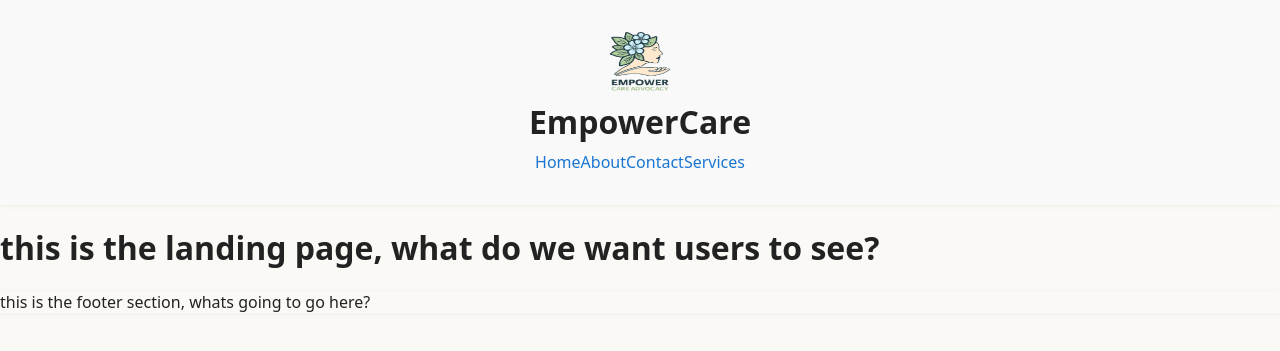
Repository: mcamarco/empowercare
Page: /
The author's editor kept a copy of each file at every save. The page is drawn from the files as they stood at one save, then again after a run of saves.
The browser window is 1280 px wide. The pictures show the whole page.
The project was rebuilt for these pictures with package versions that can differ from the ones it lists, and the page was loaded fresh each time. The framework's server and built-in components were replaced by stand-ins that run in the browser. Also part of the build but not shown: next.config.ts.

Above is the page before, as saved 2025-05-29 12:33:34.

After the next 4 saves:
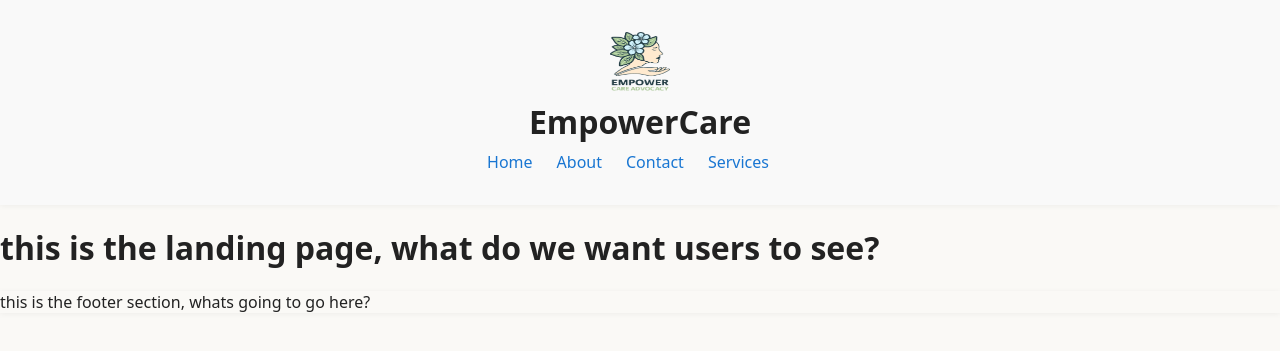
The 4 saves are shown as one change because they came seconds apart.
The last was saved 14 s later.
--- a/src/components/Navigation.tsx
+++ b/src/components/Navigation.tsx
@@ -3,10 +3,10 @@ import Link from "next/link";
 export default function Navigation() {
   return (
     <nav>
-      <Link href="/">Home</Link>
-      <Link href="/about">About</Link>
-      <Link href="/contact">Contact</Link>
-      <Link href="/services">Services</Link>
+      <Link href="/" style={{ marginRight: "1.5rem" }} >Home</Link>
+      <Link href="/about"style={{ marginRight: "1.5rem" }} >About</Link>
+      <Link href="/contact" style={{ marginRight: "1.5rem" }} >Contact</Link>
+      <Link href="/services" style={{ marginRight: "1.5rem" }} >Services</Link>
     </nav>
   );
 }
